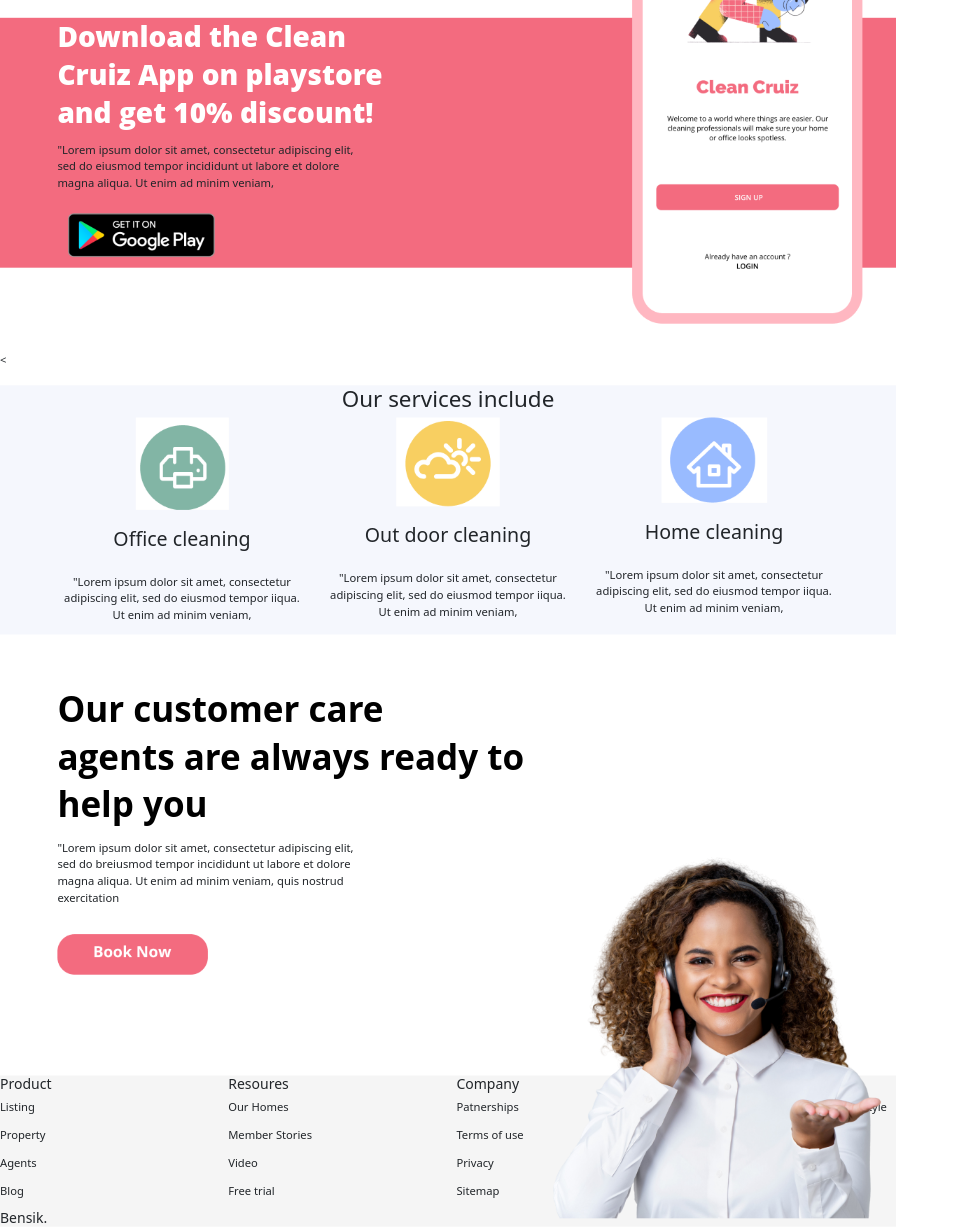
Repository: uy022/QuocUybaitapgiuaki
Page: index.html
The author's editor kept a copy of each file at every save. The page is drawn from the files as they stood at one save, then again after the next save.
The browser window is 1280 px wide. The page is 1367 px wide, so the pictures cover 1367 px, including what lies to the right of the window. The pictures show the part of the page from y = 989 to 2749 px (the page is 2749 px tall before and 2744 px after), at 70% of full size.

Above is the page before, as saved 2022-08-31 14:39:28.

After the next save:
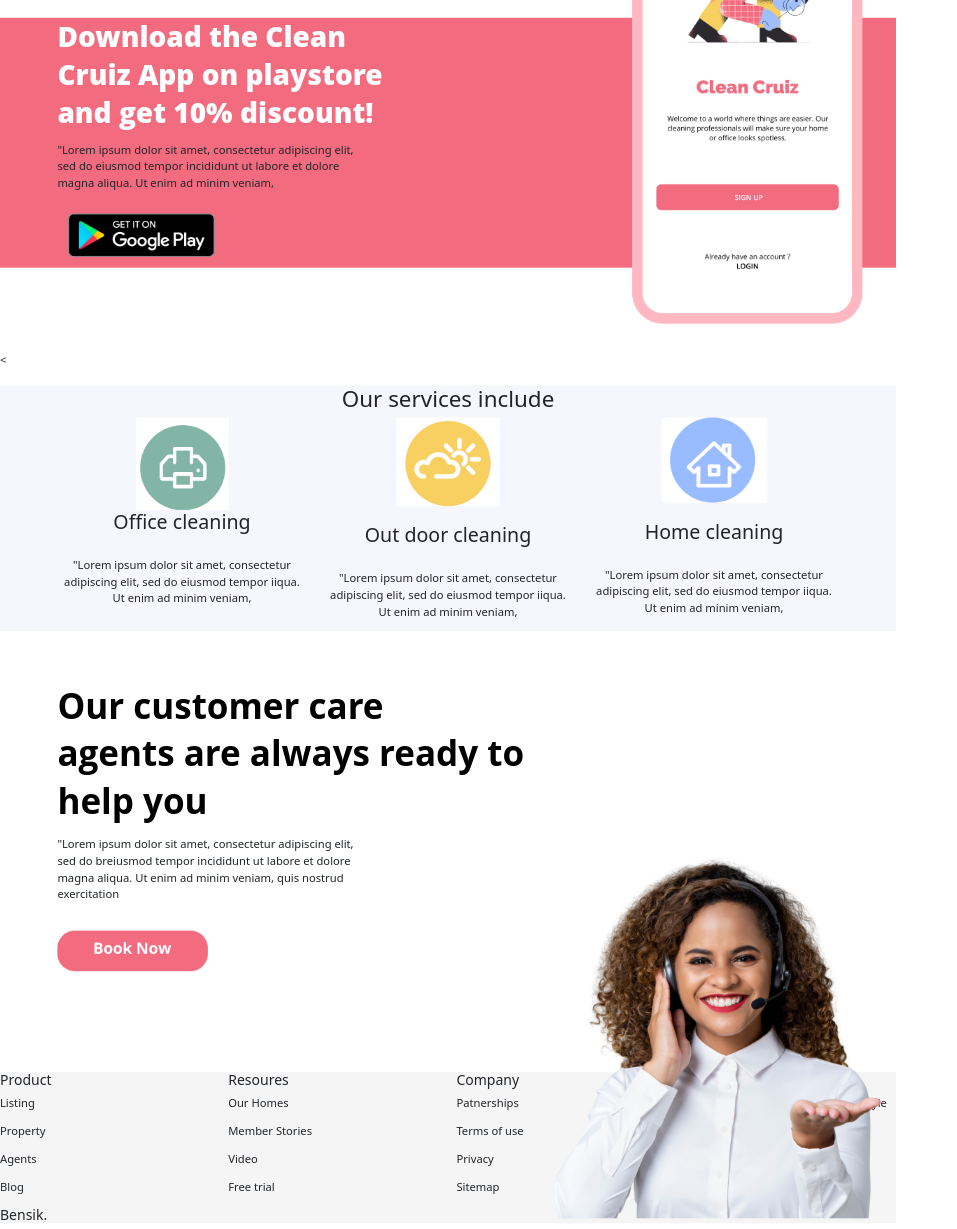
Saved 26 s later.
--- a/index.html
+++ b/index.html
@@ -113,7 +113,7 @@
         <div class= "container">
           <div class= "row">
              <div class ="col-md-4 anh1">
-              <img src="./imgs/Slice 1.png" alt=""><br><br>
+              <img src="./imgs/Slice 1.png" alt="">
               <h3>Office cleaning</h3><br>
                <p>"Lorem ipsum dolor sit amet, consectetur adipiscing elit, sed do eiusmod tempor iiqua. Ut enim ad minim veniam,</p>
              </div>

After the save that followed:
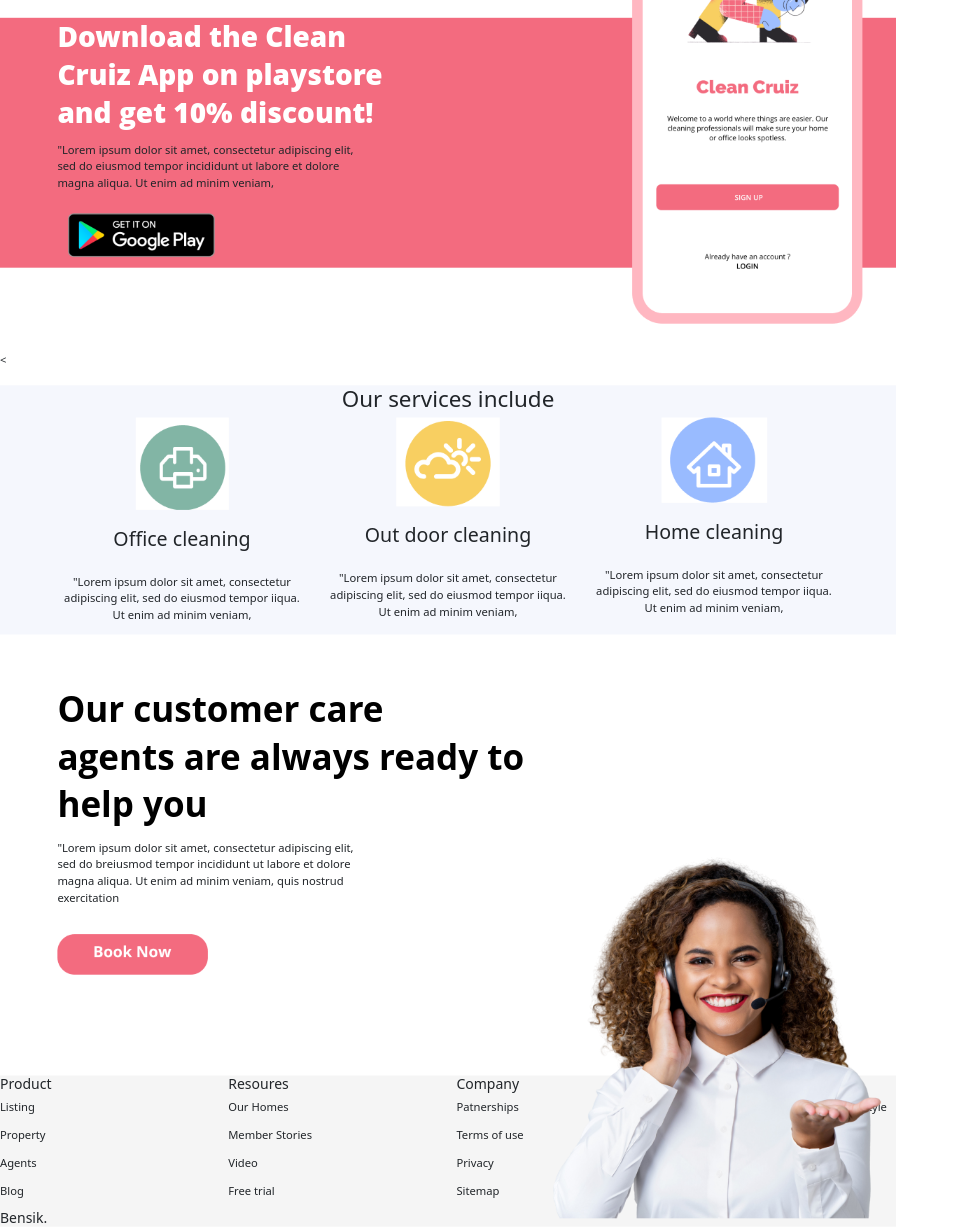
Saved 7 s later.
--- a/index.html
+++ b/index.html
@@ -113,7 +113,7 @@
         <div class= "container">
           <div class= "row">
              <div class ="col-md-4 anh1">
-              <img src="./imgs/Slice 1.png" alt="">
+              <img src="./imgs/Slice 1.png" alt=""><br><br>
               <h3>Office cleaning</h3><br>
                <p>"Lorem ipsum dolor sit amet, consectetur adipiscing elit, sed do eiusmod tempor iiqua. Ut enim ad minim veniam,</p>
              </div>
